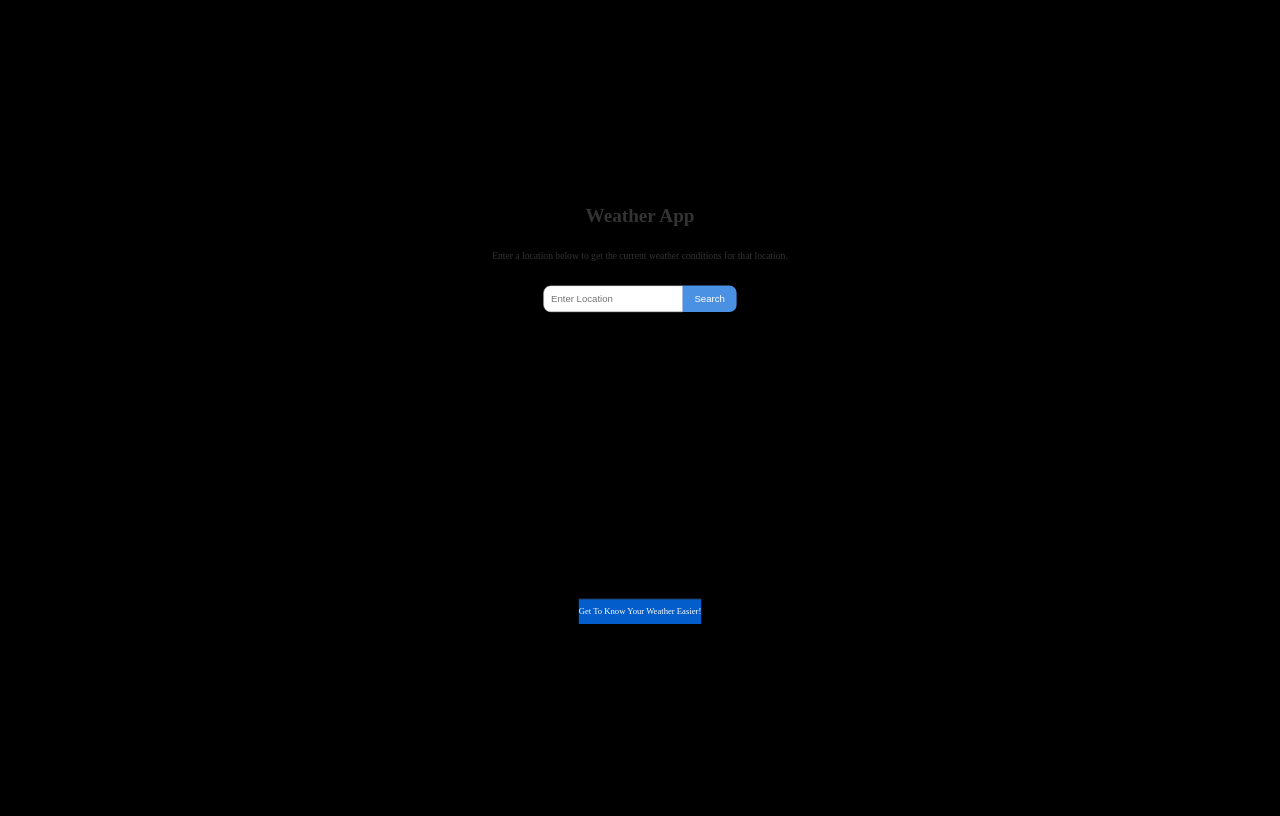
Repository: AlaaYou/Weather-App
Page: index.html
The author's editor kept a copy of each file at every save. The page is drawn from the files as they stood at one save, then again after the next save.
The browser window is 1280 px wide. The pictures show the whole page.

Above is the page before, as saved 2024-10-20 23:40:09.
Console error: TypeError: Cannot read properties of null (reading 'appendChild')

After the next save:
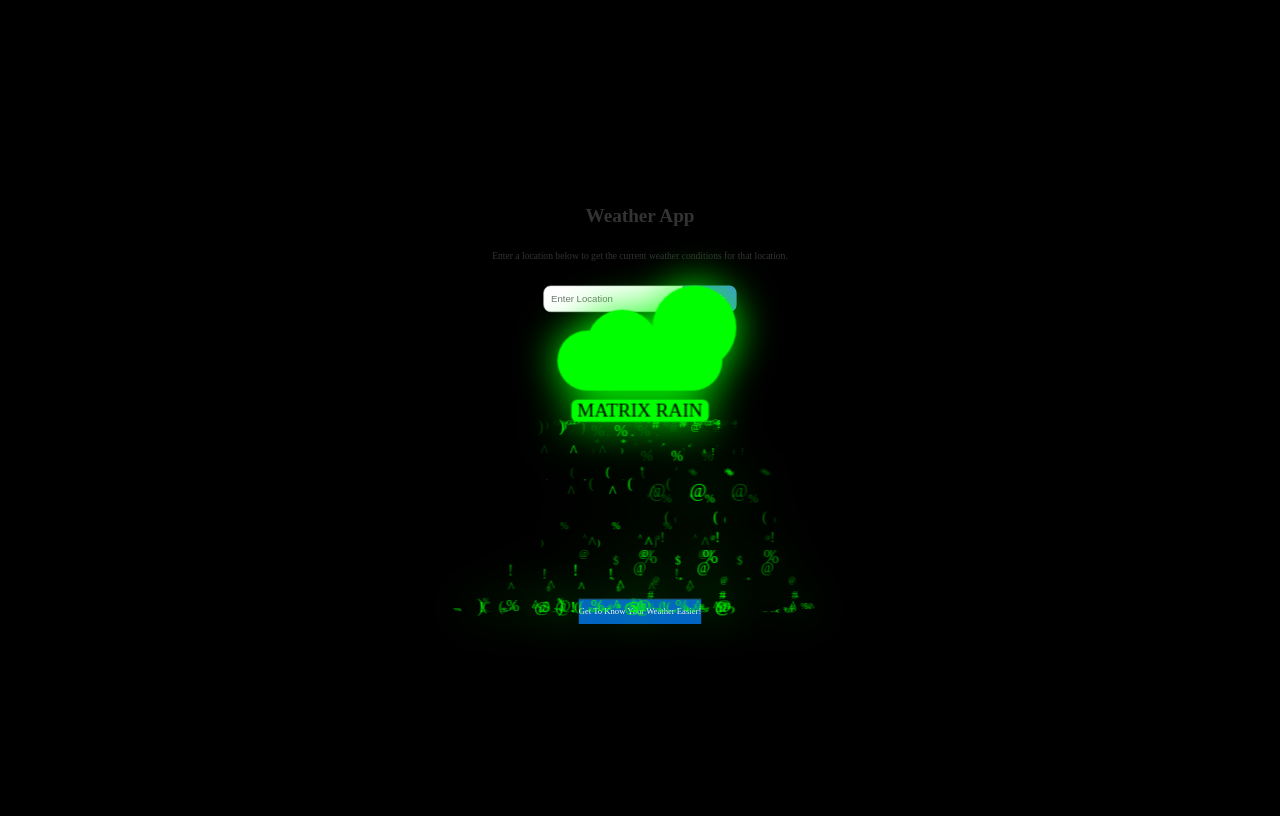
The error is gone.
Saved 32 s later.
--- a/index.html
+++ b/index.html
@@ -43,6 +43,11 @@
           <span id="humidity">Humidity: --</span>
         </div>
       </section>
+      <div class="container">
+        <div class="cloud">
+            <h2>Matrix Rain</h2>
+        </div>
+    </div>
     </main>
     <!-- footer -->
     <footer>
